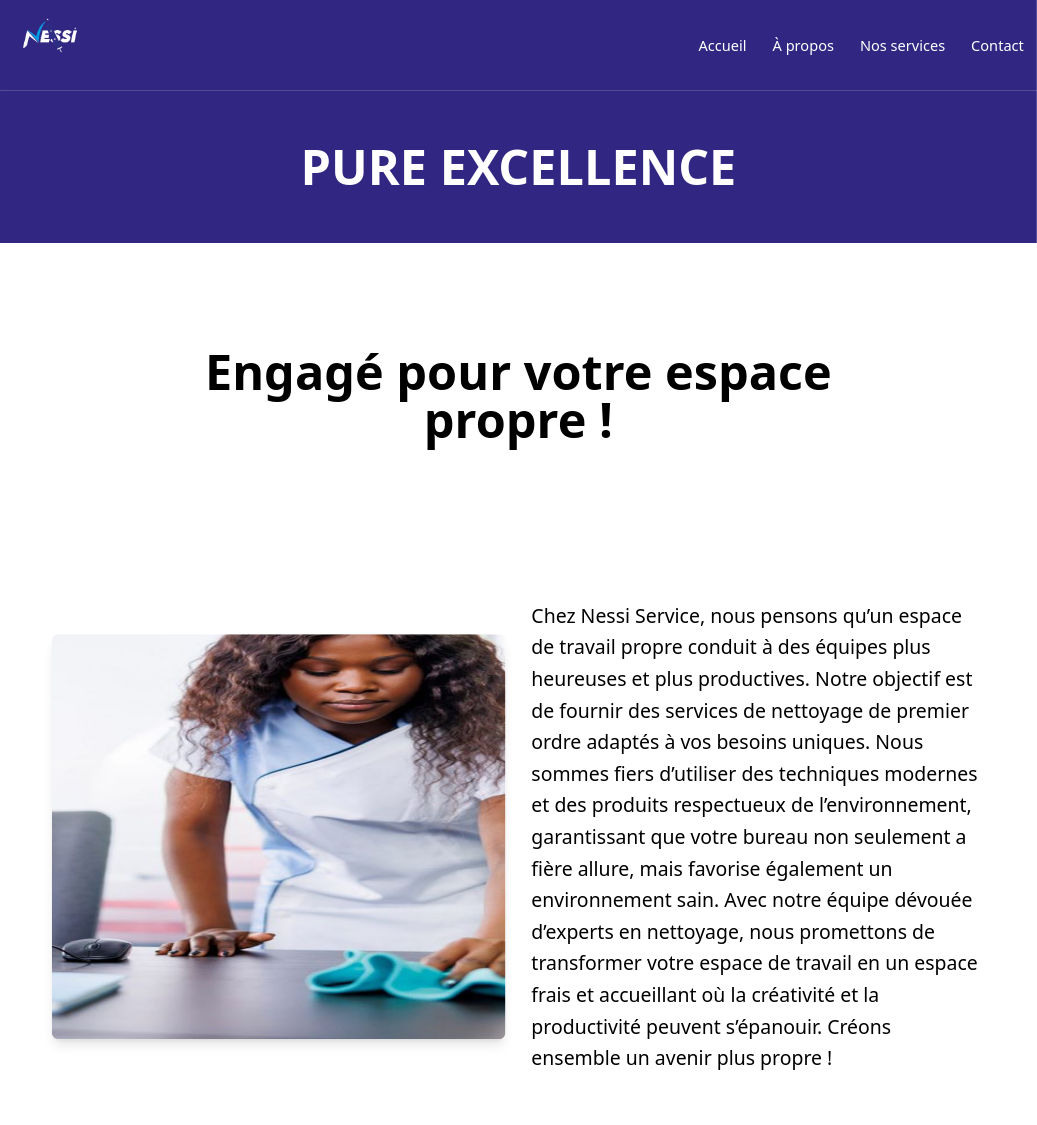
Repository: MDiouf9/Nessi
Page: /About
An editor plug-in stored every save of this project. The page is shown before and after the next save, followed by the edit.
The browser window is 1280 px wide. The pictures show the whole page, at 81% of full size.
The project was rebuilt for these pictures with package versions that can differ from the ones it lists, and the page was loaded fresh each time. Also part of the build but not shown: vite.config.js, src/Global.css, src/App.css, src/components/Footer.jsx, src/Pages/Home.jsx, src/Pages/NotFound.jsx, src/components/Countries.jsx, src/Pages/Services.jsx and 1 more.

Above is the page before, as saved 2025-03-10 18:18:58.

### src/main.jsx
import { StrictMode } from 'react'
import { createRoot } from 'react-dom/client'
import './index.css'
import './Global.css'
import App from './App.jsx'

createRoot(document.getElementById('root')).render(
  <StrictMode>
    <App />
  </StrictMode>,
)

### src/index.css
@tailwind base;
@tailwind components;
@tailwind utilities;
























/* :root {
  font-family: Inter, system-ui, Avenir, Helvetica, Arial, sans-serif;
  line-height: 1.5;
  font-weight: 400;

  color-scheme: light dark;
  color: rgba(255, 255, 255, 0.87);
  background-color: #242424;

  font-synthesis: none;
  text-rendering: optimizeLegibility;
  -webkit-font-smoothing: antialiased;
  -moz-osx-font-smoothing: grayscale;
}

a {
  font-weight: 500;
  color: #646cff;
  text-decoration: inherit;
}
a:hover {
  color: #535bf2;
}

body {
  margin: 0;
  display: flex;
  place-items: center;
  min-width: 320px;
  min-height: 100vh;
}

h1 {
  font-size: 3.2em;
  line-height: 1.1;
}

button {
  border-radius: 8px;
  border: 1px solid transparent;
  padding: 0.6em 1.2em;
  font-size: 1em;
  font-weight: 500;
  font-family: inherit;
  background-color: #1a1a1a;
  cursor: pointer;
  transition: border-color 0.25s;
}
button:hover {
  border-color: #646cff;
}
button:focus,
button:focus-visible {
  outline: 4px auto -webkit-focus-ring-color;
}

@media (prefers-color-scheme: light) {
  :root {
    color: #213547;
    background-color: #ffffff;
  }
  a:hover {
    color: #747bff;
  }
  button {
    background-color: #f9f9f9;
  }
} */

### src/App.jsx

import { BrowserRouter , Routes, Route  } from "react-router-dom"
// import reactLogo from './assets/react.svg'
// import viteLogo from '/vite.svg'
import './App.css'
import Home from './Pages/Home'
import NotFound from './Pages/NotFound'
import About from './Pages/About'
import Countries from './components/Countries'
import Services from './Pages/Services'
import Contact from './Pages/Contact'


function App() {

  return (
    <>
     <BrowserRouter>
      <Routes>
        <Route path="/"  element={<Home />} />
        <Route path='/About' element={<About/>} />
        <Route path='/Services' element={<Services/>} />
        <Route path='/Contact' element={<Contact/>} />
        <Route path='/Countries' element={<Countries/>} />
        <Route path='*' element={<NotFound/>} />
      </Routes>
    </BrowserRouter>

    </>
  )
}

export default App

### src/Pages/About.jsx

import Header from '../components/Header'
import SectionWithImage from '../components/Sectionlesft'
import regulier from "../assets/fememenage.png";


const About = () => {
  return (
    <div>

        <Header/>
        <section className="bg-[#312783] text-white py-16 flex justify-center items-center">
      <h1 className="text-4xl md:text-6xl font-bold">PURE EXCELLENCE</h1>
    </section>
    {/* section 2 */}
    <section className=" text-white py-16 flex justify-center items-center">
      <h1 className="text-4xl md:text-6xl font-bold"> <section className=" text-black py-16 flex justify-center items-center">
      <h1 className="text-4xl md:text-6xl font-bold text-center">Engagé pour votre espace <br /> propre !</h1>
    </section></h1>
    </section>

        <SectionWithImage
             imageSrc={regulier} // Image à afficher
             altText="Nettoyage en action" // Texte alternatif
             title="" // Titre de la section
             content="Chez Nessi Service, nous pensons qu’un espace de travail propre conduit à des équipes plus heureuses et plus productives. Notre objectif est de fournir des services de nettoyage de premier ordre adaptés à vos besoins uniques. Nous sommes fiers d’utiliser des techniques modernes et des produits respectueux de l’environnement, garantissant que votre bureau non seulement a fière allure, mais favorise également un environnement sain. Avec notre équipe dévouée d’experts en nettoyage, nous promettons de transformer votre espace de travail en un espace frais et accueillant où la créativité et la productivité peuvent s’épanouir. Créons ensemble un avenir plus propre !"
           />
    </div>
  )
}

export default About

### src/components/Header.jsx
import  { useState } from "react";
import { Link } from "react-router-dom";
import logo from "../assets/logo1.png";

const navLinks = [
  { name: "Accueil", path: "/" },
  { name: "À propos", path: "/about" },
  { name: "Nos services", path: "/services" },
  { name: "Contact", path: "/contact" }
];

const Header = () => {
  const [isMenuOpen, setIsMenuOpen] = useState(false); // État pour gérer l'ouverture du menu mobile

  return (
    <header className="bg-[#312783] text-white p-4 shadow-lg">
      <div className="container mx-auto flex justify-between items-center">
        {/* Logo */}
        <img src={logo} alt="Logo" className="h-20" />

        {/* Menu burger pour mobile */}
        <button
          className="lg:hidden text-white text-2xl"
          onClick={() => setIsMenuOpen(!isMenuOpen)}
          aria-label="Toggle Menu"
        >
          {isMenuOpen ? (
            <span>&#10005;</span>  // Croix de fermeture du menu
          ) : (
            <span>&#9776;</span>  // Icône hamburger
          )}
        </button>

        {/* Navigation */}
        <nav className={`lg:flex ${isMenuOpen ? "block" : "hidden"} lg:bg-transparent bg-[#312783]`}>
          <ul className="lg:flex lg:space-x-8 flex-col lg:flex-row space-y-4 lg:space-y-0 p-6 lg:p-0">
            {navLinks.map((link, index) => (
              <li key={index} className="relative">
                <Link
                  to={link.path}
                  className="hover:text-gray-300 text-lg transition-colors duration-300 ease-in-out"
                >
                  {link.name}
                </Link>
                {/* Ajouter une barre sous le lien actif */}
              </li>
            ))}
          </ul>
        </nav>
      </div>


    </header>
  );
};

export default Header;

### src/components/Sectionlesft.jsx
const SectionWithImage = ({ imageSrc, altText, title, content }) => {
    return (
      <section className="bg-white py-16 px-6 md:px-16">
        <div className="container mx-auto flex flex-col md:flex-row items-center gap-8">
          {/* Image à gauche */}
          <div className="md:w-1/2 flex justify-aound items-center">
            <img src={imageSrc} alt={altText} className="w-full h-full max-h-[500px] object-center  rounded-lg shadow-lg" />
          </div>

          {/* Texte à droite */}
          <div className="md:w-1/2 flex flex-col justify-center h-full">

            <p className="text-2xl leading-relaxed">{content}</p>
          </div>
        </div>
      </section>
    );
  };

  export default SectionWithImage;

Loaded but not shown: index.html (common file); tailwind.config.js (common file)

After the next save:
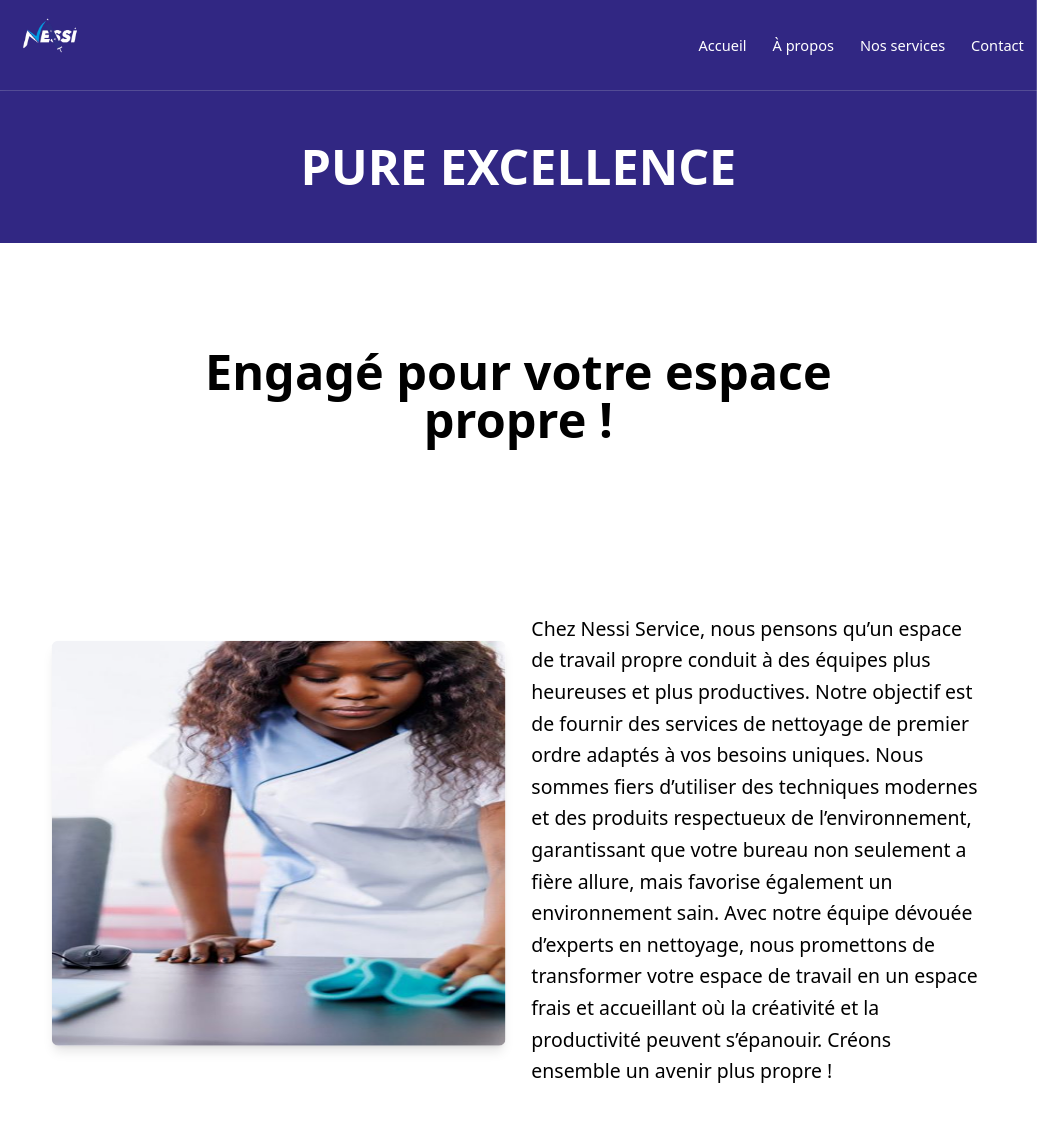
Saved 4 s later.
--- a/src/components/Sectionlesft.jsx
+++ b/src/components/Sectionlesft.jsx
@@ -9,7 +9,7 @@ const SectionWithImage = ({ imageSrc, altText, title, content }) => {
 
           {/* Texte à droite */}
           <div className="md:w-1/2 flex flex-col justify-center h-full">
-
+            <h2 className="text-3xl font-bold mb-4">{title}</h2>
             <p className="text-2xl leading-relaxed">{content}</p>
           </div>
         </div>
